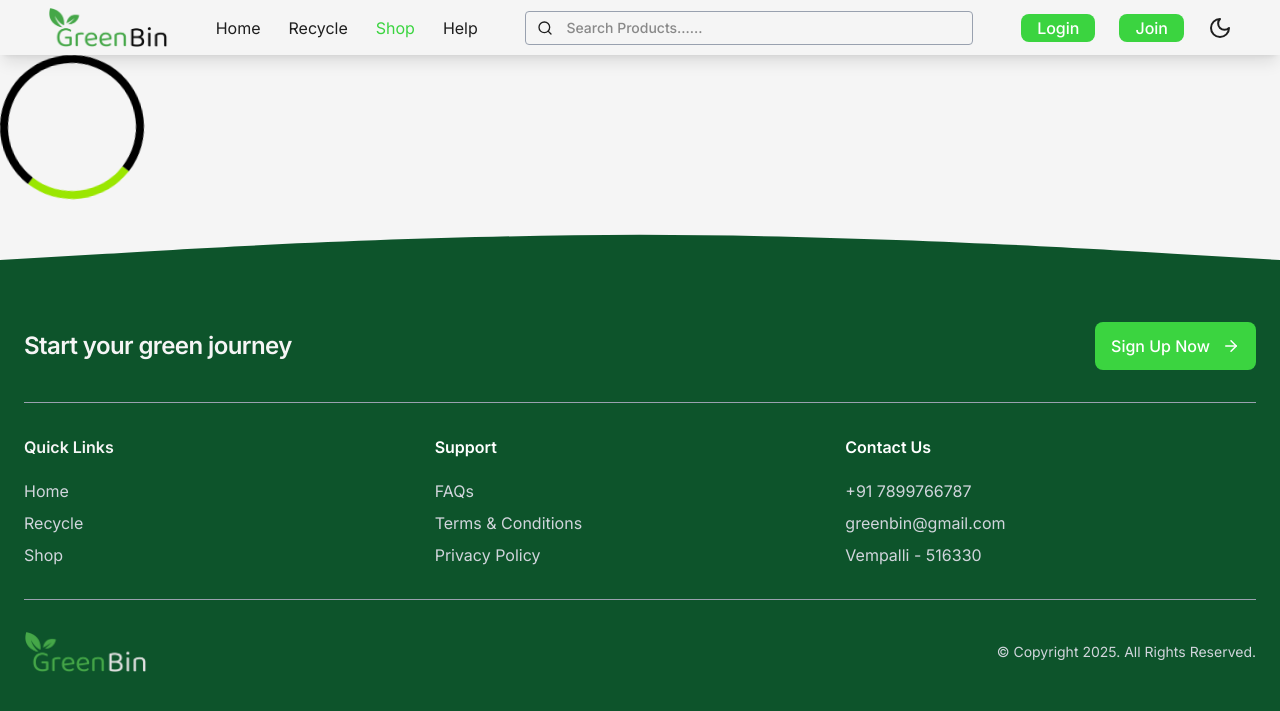
Repository: Siddhu123456/Plastic-Waste-Management
Page: /shop (app in frontend/)
These files come from the project's save history. The page is drawn as it stood at one moment and after the next save; the edit follows.
The browser window is 1280 px wide. The pictures show the whole page.
The page's requests for data from a server got no answer. The project was rebuilt for these pictures with package versions that can differ from the ones it lists, and the page was loaded fresh each time. No one was signed in, and anything a server would have sent is missing. Also part of the build but not shown: frontend/vite.config.js, frontend/src/components/ProductCard.jsx, frontend/src/components/TrendingProductsCarousel.jsx, frontend/src/pages/Home.jsx, frontend/src/components/FilterBar.jsx, frontend/src/pages/customer/Recycle.jsx, frontend/src/components/CartItemCard.jsx, frontend/src/pages/customer/Cart.jsx and 14 more. Imported but missing from the stored project, and not drawn on this page: frontend/src/pages/Help, frontend/src/pages/customer/WishList.

Above is the page before, as saved 2025-05-06 16:25:41.

After the next save:
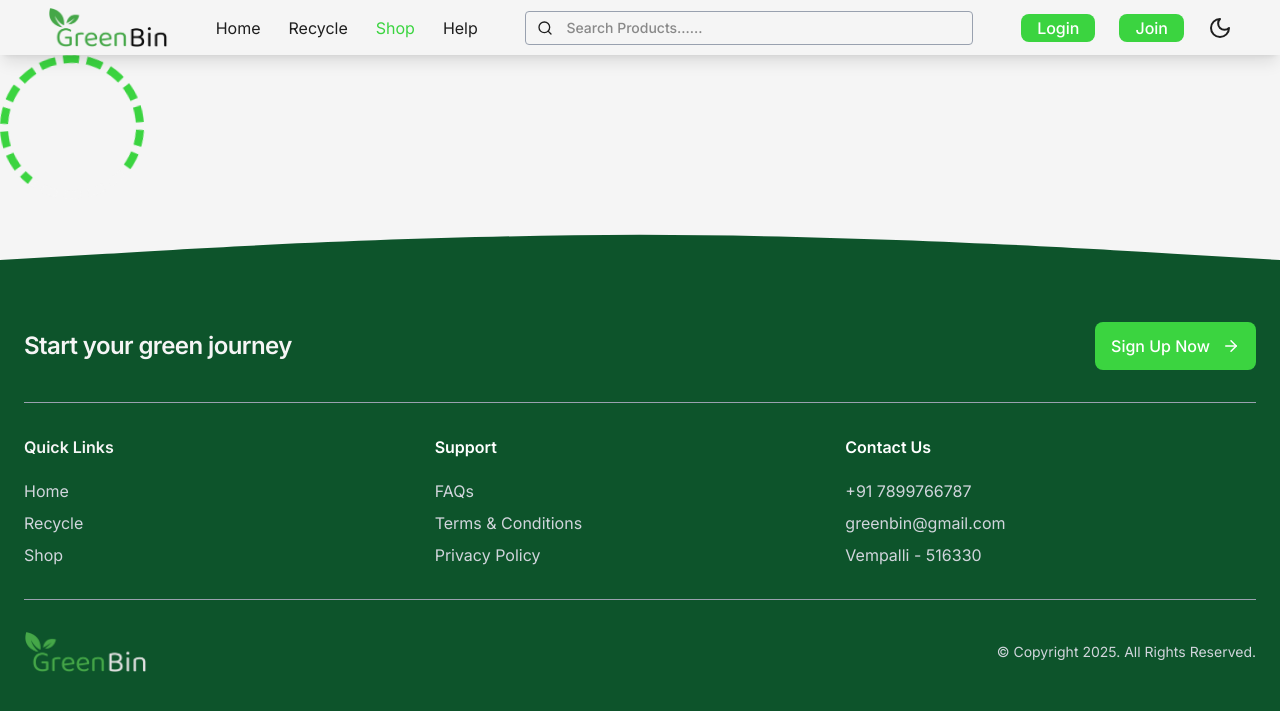
Saved 27 s later.
--- a/frontend/src/components/Loader.jsx
+++ b/frontend/src/components/Loader.jsx
@@ -2,7 +2,7 @@ import React from 'react'
 
 const Loader = () => {
   return (
-    <div class="w-36 h-36 border-8 rounded-full border-t-lime-400 animate-spin">
+    <div class="w-36 h-36 border-8 border-dashed rounded-full border-t-ow border-lgg animate-spin">
   </div>
   )
 }
